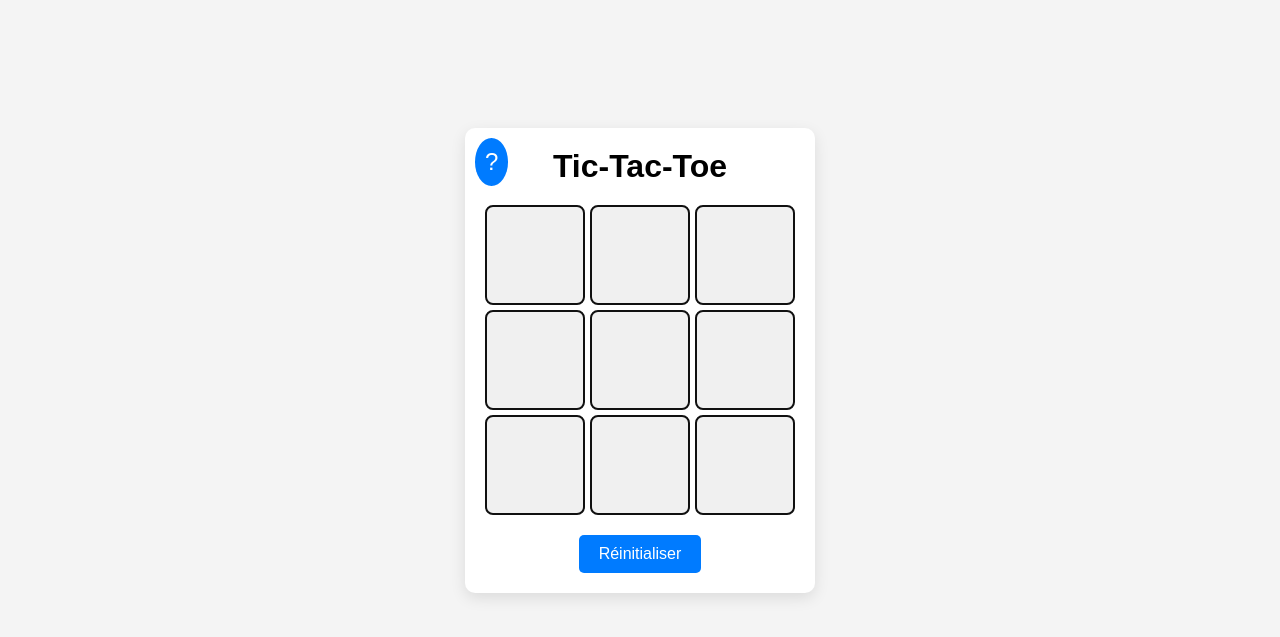
Repository: FTheo57/EvaluationGit
Page: index.html
These files come from the project's save history. The page is drawn as it stood at one moment and after a run of saves; the edit follows.
The browser window is 1280 px wide. The pictures show the whole page.

Above is the page before, as saved 2025-03-10 16:21:47.

### index.html
<!DOCTYPE html>
<html lang="fr">
<head>
    <meta charset="UTF-8">
    <meta name="viewport" content="width=device-width, initial-scale=1.0">
    <title>Tic-Tac-Toe</title>
    <link rel="stylesheet" href="/css/styles.css"
</head>
<body>
    <div class="container">
        <button class="rules-btn" id="rules-btn">?</button>
        <h1>Tic-Tac-Toe</h1>
        <div class="game-board" id="game-board">
            <div class="cell" data-index="0"></div>
            <div class="cell" data-index="1"></div>
            <div class="cell" data-index="2"></div>
            <div class="cell" data-index="3"></div>
            <div class="cell" data-index="4"></div>
            <div class="cell" data-index="5"></div>
            <div class="cell" data-index="6"></div>
            <div class="cell" data-index="7"></div>
            <div class="cell" data-index="8"></div>
        </div>
        <button id="reset">Réinitialiser</button>
        <div class="popup" id="popup">
            <div class="popup-content">
                <h2>Règles du Jeu</h2>
                <ul>
                    <li>Deux joueurs jouent à tour de rôle.</li>
                    <li>Chaque joueur marque son symbole (X ou O) dans une cellule vide.</li>
                    <li>Le premier joueur à aligner trois de ses symboles horizontalement, verticalement ou en diagonale gagne.</li>
                    <li>Si toutes les cellules sont remplies sans gagnant, c'est un match nul.</li>
                </ul>
                <button id="close-popup">Fermer</button>
            </div>
        </div>
    </div>


    <script src="/js/script.js"></script>
</body>
</html>

### css/styles.css
* {
    margin: 0;
    padding: 0;
    box-sizing: border-box;
}

body {
    font-family: Arial, sans-serif;
    display: flex;
    justify-content: center;
    align-items: center;
    height: 100vh;
    background-color: #f4f4f4;
}

.container {
    text-align: center;
    background-color: white;
    padding: 20px;
    border-radius: 10px;
    box-shadow: 0 5px 15px rgba(0, 0, 0, 0.1);
    position: relative;
}

h1 {
    margin-bottom: 20px;
    font-size: 2rem;
}

.game-board {
    display: grid;
    grid-template-columns: repeat(3, 100px);
    grid-template-rows: repeat(3, 100px);
    gap: 5px;
    margin-bottom: 20px;
}

.cell {
    width: 100px;
    height: 100px;
    background-color: #f0f0f0;
    display: flex;
    justify-content: center;
    align-items: center;
    font-size: 2rem;
    cursor: pointer;
    border: 2px solid #101010;
    border-radius: 8px;
    transition: background-color 0.3s ease;
}

.cell:hover {
    background-color: #e0e0e0;
}

button {
    padding: 10px 20px;
    font-size: 1rem;
    cursor: pointer;
    background-color: #007bff;
    color: white;
    border: none;
    border-radius: 5px;
    transition: background-color 0.3s ease;
}

button:hover {
    background-color: #0056b3;
}
.rules-btn {
    position: absolute;
    top: 10px;
    left: 10px;
    padding: 10px;
    font-size: 1.5rem;
    background-color: #007bff;
    color: white;
    border: none;
    border-radius: 50%;
    cursor: pointer;
    transition: background-color 0.3s ease;
}

.rules-btn:hover {
    background-color: #0056b3;
}


.popup {
    display: none;
    position: fixed;
    top: 0;
    left: 0;
    width: 100%;
    height: 100%;
    background-color: rgba(0, 0, 0, 0.5);
    justify-content: center;
    align-items: center;
}

.popup-content {
    background-color: white;
    padding: 20px;
    border-radius: 10px;
    text-align: center;
    width: 300px;
}

.popup h2 {
    margin-bottom: 10px;
}

.popup ul {
    list-style-type: none;
    margin-bottom: 20px;
}

.popup button {
    background-color: #007bff;
    color: white;
    border: none;
    border-radius: 5px;
    padding: 10px;
    cursor: pointer;
}

.popup button:hover {
    background-color: #0056b3;
}

### js/script.js

const rulesBtn = document.getElementById('rules-btn');
const popup = document.getElementById('popup');
const closePopupBtn = document.getElementById('close-popup');


rulesBtn.addEventListener('click', () => {
    popup.style.display = 'flex';
});


closePopupBtn.addEventListener('click', () => {
    popup.style.display = 'none';
});

After the next 3 saves:
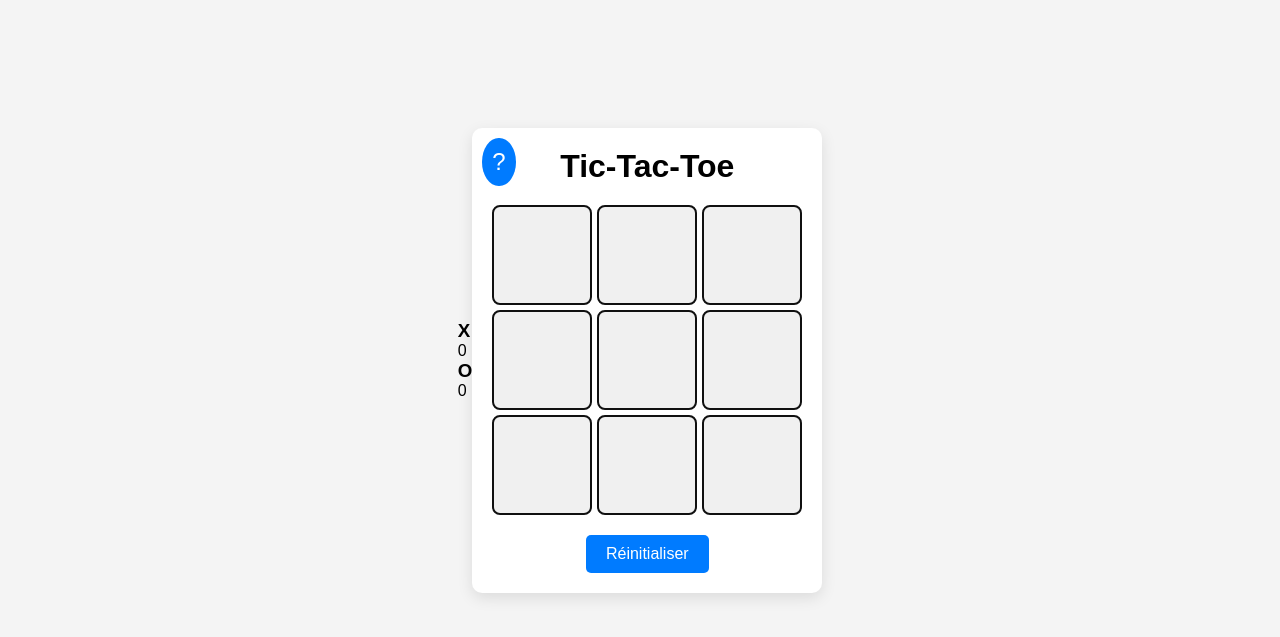
The 3 saves are shown as one change because they came seconds apart.
The last was saved 2 min 17 s later.
--- a/index.html
+++ b/index.html
@@ -7,6 +7,17 @@
     <link rel="stylesheet" href="/css/styles.css"
 </head>
 <body>
+    <div class="scoreboard">
+
+        <div class="score-container" id="score-x">
+            <h3>X</h3>
+            <p id="score-x-value">0</p>
+        </div>
+        <div class="score-container" id="score-o">
+            <h3>O</h3>
+            <p id="score-o-value">0</p>
+        </div>
+    </div>
     <div class="container">
         <button class="rules-btn" id="rules-btn">?</button>
         <h1>Tic-Tac-Toe</h1>
